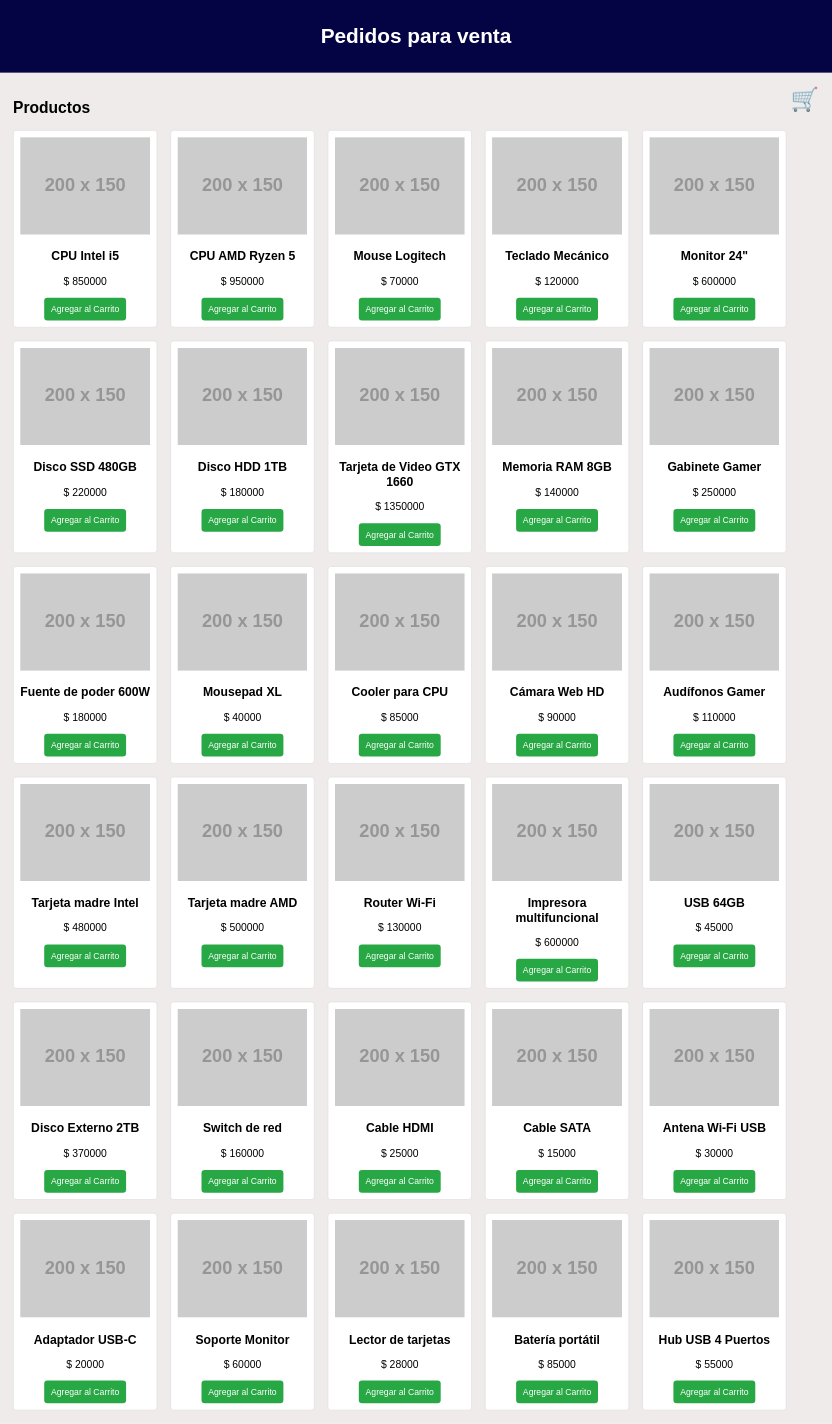
Repository: ye909/RAVPIP
Page: src/templei/ventasPortatil.html
An editor plug-in stored every save of this project. The page is shown before and after the next save, followed by the edit.
The browser window is 1280 px wide. The pictures show the whole page, at 65% of full size.

Above is the page before, as saved 2025-04-10 09:05:10.
Console error: ReferenceError: updateCart is not defined

### src/templei/ventasPortatil.html


<!DOCTYPE html>
<html lang="es">
<head>
    <meta charset="UTF-8">
    <meta name="viewport" content="width=device-width, initial-scale=1.0">
    <title>Tienda de Medios Tecnológicos</title>
    <link rel="stylesheet" href="../css/ventas.css">
</head>
<body>
  <header>
    <h1>Pedidos para venta </h1>

  </header>

  <main class="containerCarrito">
    <section id="productos">
    <div class="containerTituloCarrito">
      <div><h2>Productos</h2></div>
      <div id="imgcarro" class="imgcarro">🛒</div>
    </div>
      <div class="product-list" id="product-list">

      </div>
    </section>

    <section id="carrito" class="carrito">
      <di class="containerClose">
        <div>
            <li>Cantida producto (<span id="cart-count">0</span>)</li>
         </div>
        <div id="close">❌</div>
      </di>
      <h2>Carrito de Compras</h2>
      <div id="cart-items">
        <p>No hay productos en el carrito.</p>
      </div>
      <p>Total: $<span id="cart-total">0</span></p>
      <button id="checkout-btn" >Comprar Ahora</button>
    </section>


  </main>

  <!-- <footer>
    <p>&copy; 2023 Tienda de Medios Tecnológicos</p>
  </footer> -->


    <script src="../js/ventas.js"></script>

</body>
</html>

### src/css/ventas.css
body {
  font-family: Arial, sans-serif;
  margin: 0;
  padding: 0;
  background-color: #f4f4f9;
}

header {
  background-color: #040445;
  color: #fff;
  padding: 1rem;
  text-align: center;
}
 li {
list-style: none;
}
main {
  padding: 20px;
  background: #efebeb;

}

.product-list {
  display: flex;
  flex-wrap: wrap;
  gap: 20px;
}
.product {
  background-color: #fff;
  border: 1px solid #ddd;
  border-radius: 5px;
  padding: 10px;
  width: 200px;
  text-align: center;
}

.product img {
  max-width: 100%;
  height: auto;
}

.add-to-cart {
  background-color: #28a745;
  color: #fff;
  border: none;
  padding: 10px;
  cursor: pointer;
  border-radius: 5px;
}

.add-to-cart:hover {
  background-color: #218838;
}
.carrito{
  margin-top: 20px;
}
.carrito > h2{
  margin-top: 220px;
  font-size: 30px;
  }

  #checkout-btn {
    background-color: #007bff;
    color: #fff;
    border: none;
    padding: 10px 20px;
    cursor: pointer;
    border-radius: 5px;
  }

  #checkout-btn:disabled {
    background-color: #ccc;
  }
  .carrito{
    position: fixed;
    top: 1px;
    margin-left: -20px;
 text-align: center;
   background:black;
   width:100%;
   height: 100%;
   color:white;
   opacity: 0.8;
   display: none;
  }
  .imgcarro{
    font-size: 35px;
  }
  #cart-items {
    min-height: 100px;
    padding: 10px;
    gap: 20px;
    font-size: 20px;
  }
  :is(.containerTituloCarrito, .containerClose, #cart-items){
    display: flex;
    justify-content: space-between;
    flex-direction: row;
    flex-wrap: wrap;
  }
  .containerClose{

    margin-right: 10px;
    font-size: 20px;
    cursor: pointer;
  }
  footer {
    text-align: center;
    padding: 10px;
    background-color: #333;
    color: #fff;
    position: fixed;
    bottom: 0;
    width: 100%;
  }

### src/js/ventas.js


fetch("../js/datos.json")
  .then(response => response.json())
  .then(data =>{

  data.forEach((item)=>{
    const productlist = document.getElementById("product-list")
    const sudcontainer=document.createElement("div")
    sudcontainer.setAttribute("data-id", item.id); // Suponiendo que el JSON tiene un campo "id"
    sudcontainer.setAttribute("data-name", item.name);
    sudcontainer.setAttribute("data-price", item.price);


    sudcontainer.classList.add("product")
    sudcontainer.innerHTML=`
    <img src="${item.image}" alt="Smartphone X">
   <h3>${item.name} </h3>
   <p>$ ${item.price}</p>

    `
    const boton= document.createElement("button")
    boton.classList.add("add-to-cart")
    boton.innerText="Agregar al Carrito"

    sudcontainer.appendChild(boton)

   productlist.appendChild(sudcontainer)
    console.log(productlist)

  })





  const cart = [];
  let cartTotal = 0;

// Función para actualizar el carrito
 function updateCart() {
   const cartItemsDiv = document.getElementById('cart-items');
   const cartCountSpan = document.getElementById('cart-count');
   const cartTotalSpan = document.getElementById('cart-total');
   const checkoutBtn = document.getElementById('checkout-btn');

  // Limpiar el contenido actual del carrito
   cartItemsDiv.innerHTML = '';

   if (cart.length === 0) {
     cartItemsDiv.innerHTML = '<p>No hay productos en el carrito.</p>';
     checkoutBtn.disabled = true;
   } else {
     cart.forEach(item => {
       const itemDiv = document.createElement('div');
       itemDiv.textContent = `${item.name} - $${item.price}`;
       cartItemsDiv.appendChild(itemDiv);
     });
     checkoutBtn.disabled = false;
   }

   // Actualizar el contador y el total
   cartCountSpan.textContent = cart.length;
   cartTotalSpan.textContent = cartTotal.toFixed(2);
 }

 // Agregar productos al carrito
 document.querySelectorAll('.add-to-cart').forEach(button => {
   button.addEventListener('click', () => {
     const productDiv = button.parentElement;
     const productId = productDiv.dataset.id;
     const productName = productDiv.dataset.name;
     const productPrice = parseFloat(productDiv.dataset.price);

//     // Verificar si el producto ya está en el carrito
     const existingItem = cart.find(item => item.id === productId);
     if (existingItem) {
       existingItem.quantity += 1;
     } else {
       cart.push({ id: productId, name: productName, price: productPrice, quantity: 1 });
     }

     // Actualizar el total
     cartTotal += productPrice;

     // Actualizar la vista del carrito
     updateCart();
   });
 });

 document.getElementById("checkout-btn").addEventListener("click",verCarrito)

 function verCarrito() {
  alert("a")
  // const containerCarrito

 }

// document.getElementById("boton").addEventListener("click",)
 document.getElementById("close").addEventListener("click",close)
 document.getElementById("imgcarro").addEventListener("click",verCarrito)

 function verCarrito() {
  const carrito=document.getElementById("carrito")
  carrito.style.display="inline"
  document.getElementById("boton").value
 }
function close() {
  const carrito=document.getElementById("carrito")

 carrito.style.display="none"
}
} )
 // Inicializar el carrito
 updateCart();

### src/js/datos.json

[
  { "id": 1,
  "name": "CPU Intel i5",
   "price": 850000,
   "image": "https://via.placeholder.com/200x150?text=CPU+Intel+i5" },
  { "id": 2, "name": "CPU AMD Ryzen 5", "price": 950000, "image": "https://via.placeholder.com/200x150?text=Ryzen+5" },
  { "id": 3, "name": "Mouse Logitech", "price": 70000, "image": "https://via.placeholder.com/200x150?text=Mouse" },
  { "id": 4, "name": "Teclado Mecánico", "price": 120000, "image": "https://via.placeholder.com/200x150?text=Teclado" },
  { "id": 5, "name": "Monitor 24\"", "price": 600000, "image": "https://via.placeholder.com/200x150?text=Monitor" },
  { "id": 6, "name": "Disco SSD 480GB", "price": 220000, "image": "https://via.placeholder.com/200x150?text=SSD" },
  { "id": 7, "name": "Disco HDD 1TB", "price": 180000, "image": "https://via.placeholder.com/200x150?text=HDD" },
  { "id": 8, "name": "Tarjeta de Video GTX 1660", "price": 1350000, "image": "https://via.placeholder.com/200x150?text=GPU" },
  { "id": 9, "name": "Memoria RAM 8GB", "price": 140000, "image": "https://via.placeholder.com/200x150?text=RAM+8GB" },
  { "id": 10, "name": "Gabinete Gamer", "price": 250000, "image": "https://via.placeholder.com/200x150?text=Gabinete" },
  { "id": 11, "name": "Fuente de poder 600W", "price": 180000, "image": "https://via.placeholder.com/200x150?text=PSU+600W" },
  { "id": 12, "name": "Mousepad XL", "price": 40000, "image": "https://via.placeholder.com/200x150?text=Mousepad" },
  { "id": 13, "name": "Cooler para CPU", "price": 85000, "image": "https://via.placeholder.com/200x150?text=Cooler" },
  { "id": 14, "name": "Cámara Web HD", "price": 90000, "image": "https://via.placeholder.com/200x150?text=Webcam" },
  { "id": 15, "name": "Audífonos Gamer", "price": 110000, "image": "https://via.placeholder.com/200x150?text=Headset" },
  { "id": 16, "name": "Tarjeta madre Intel", "price": 480000, "image": "https://via.placeholder.com/200x150?text=Motherboard" },
  { "id": 17, "name": "Tarjeta madre AMD", "price": 500000, "image": "https://via.placeholder.com/200x150?text=Motherboard+AMD" },
  { "id": 18, "name": "Router Wi-Fi", "price": 130000, "image": "https://via.placeholder.com/200x150?text=Router" },
  { "id": 19, "name": "Impresora multifuncional", "price": 600000, "image": "https://via.placeholder.com/200x150?text=Impresora" },
  { "id": 20, "name": "USB 64GB", "price": 45000, "image": "https://via.placeholder.com/200x150?text=USB+64GB" },
  { "id": 21, "name": "Disco Externo 2TB", "price": 370000, "image": "https://via.placeholder.com/200x150?text=Disco+Externo" },
  { "id": 22, "name": "Switch de red", "price": 160000, "image": "https://via.placeholder.com/200x150?text=Switch" },
  { "id": 23, "name": "Cable HDMI", "price": 25000, "image": "https://via.placeholder.com/200x150?text=HDMI" },
  { "id": 24, "name": "Cable SATA", "price": 15000, "image": "https://via.placeholder.com/200x150?text=SATA" },
  { "id": 25, "name": "Antena Wi-Fi USB", "price": 30000, "image": "https://via.placeholder.com/200x150?text=Antena+WiFi" },
  { "id": 26, "name": "Adaptador USB-C", "price": 20000, "image": "https://via.placeholder.com/200x150?text=USB-C" },
  { "id": 27, "name": "Soporte Monitor", "price": 60000, "image": "https://via.placeholder.com/200x150?text=Soporte" },
  { "id": 28, "name": "Lector de tarjetas", "price": 28000, "image": "https://via.placeholder.com/200x150?text=Lector" },
  { "id": 29, "name": "Batería portátil", "price": 85000, "image": "https://via.placeholder.com/200x150?text=Power+Bank" },
  { "id": 30, "name": "Hub USB 4 Puertos", "price": 55000, "image": "https://via.placeholder.com/200x150?text=USB+Hub" }
]

After the next save:
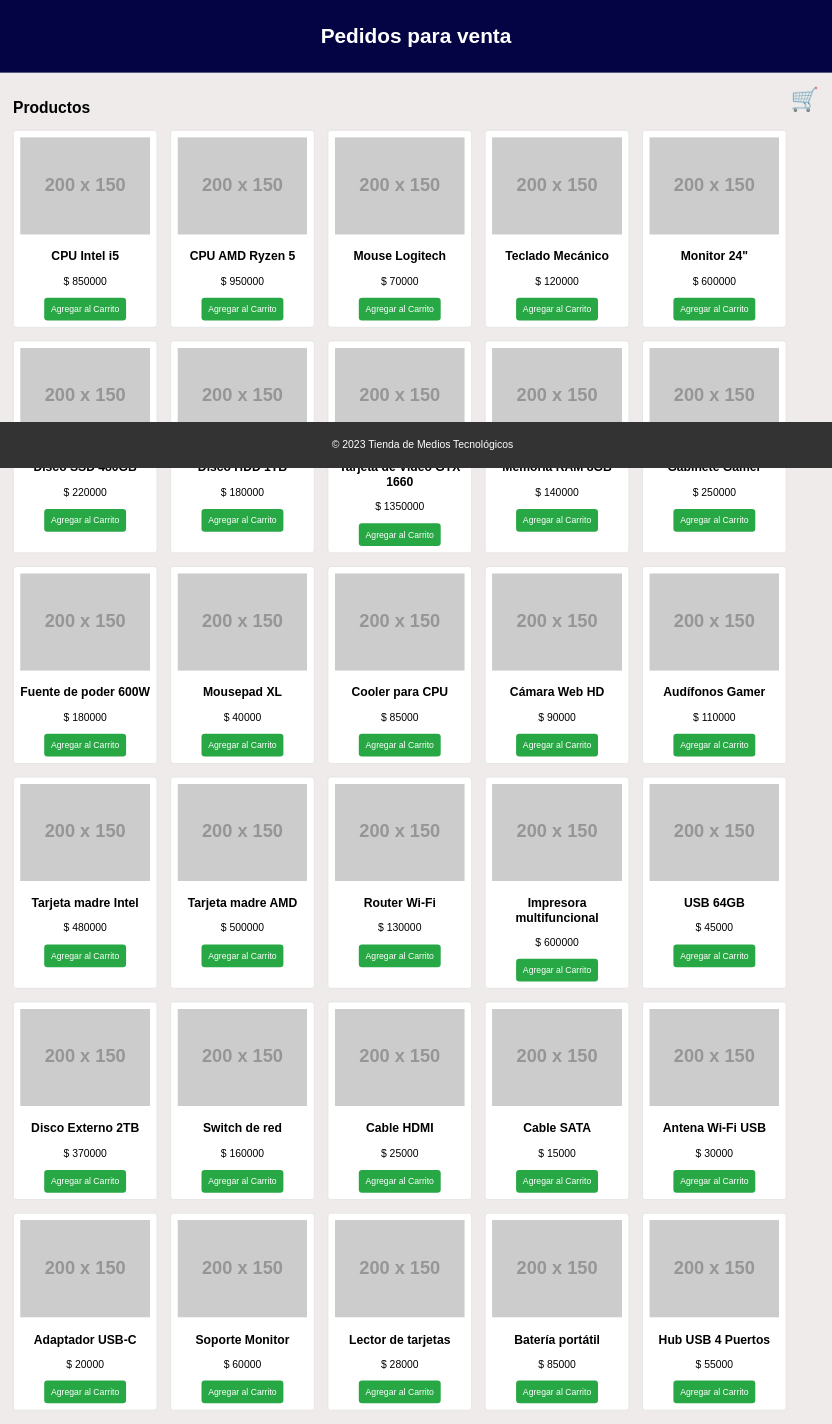
Saved 43 s later.
--- a/src/templei/ventasPortatil.html
+++ b/src/templei/ventasPortatil.html
@@ -43,9 +43,9 @@
 
   </main>
 
-  <!-- <footer>
+  <footer>
     <p>&copy; 2023 Tienda de Medios Tecnológicos</p>
-  </footer> -->
+  </footer>
 
 
     <script src="../js/ventas.js"></script>
